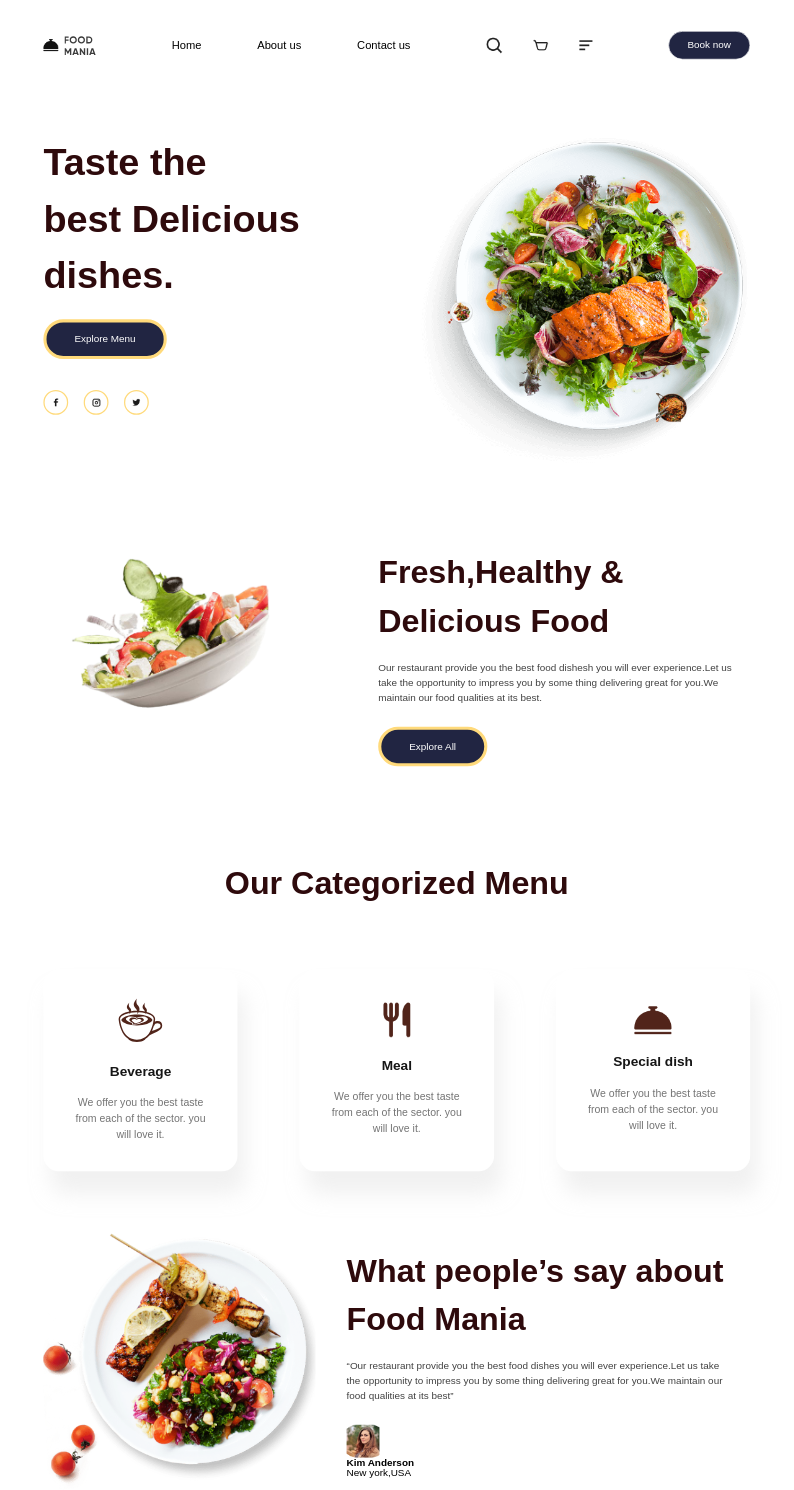
Repository: hoang0508/Figmafood
Page: index.html
These files come from the project's save history. The page is drawn as it stood at one moment and after the next save; the edit follows.
The browser window is 1280 px wide. The pictures show the whole page, at 62% of full size.
The style sheet was rebuilt from its Sass, Less or Tailwind sources for each picture, by a compiler version that may differ from the author's.

Above is the page before, as saved 2021-11-08 14:11:58.

After the next save:
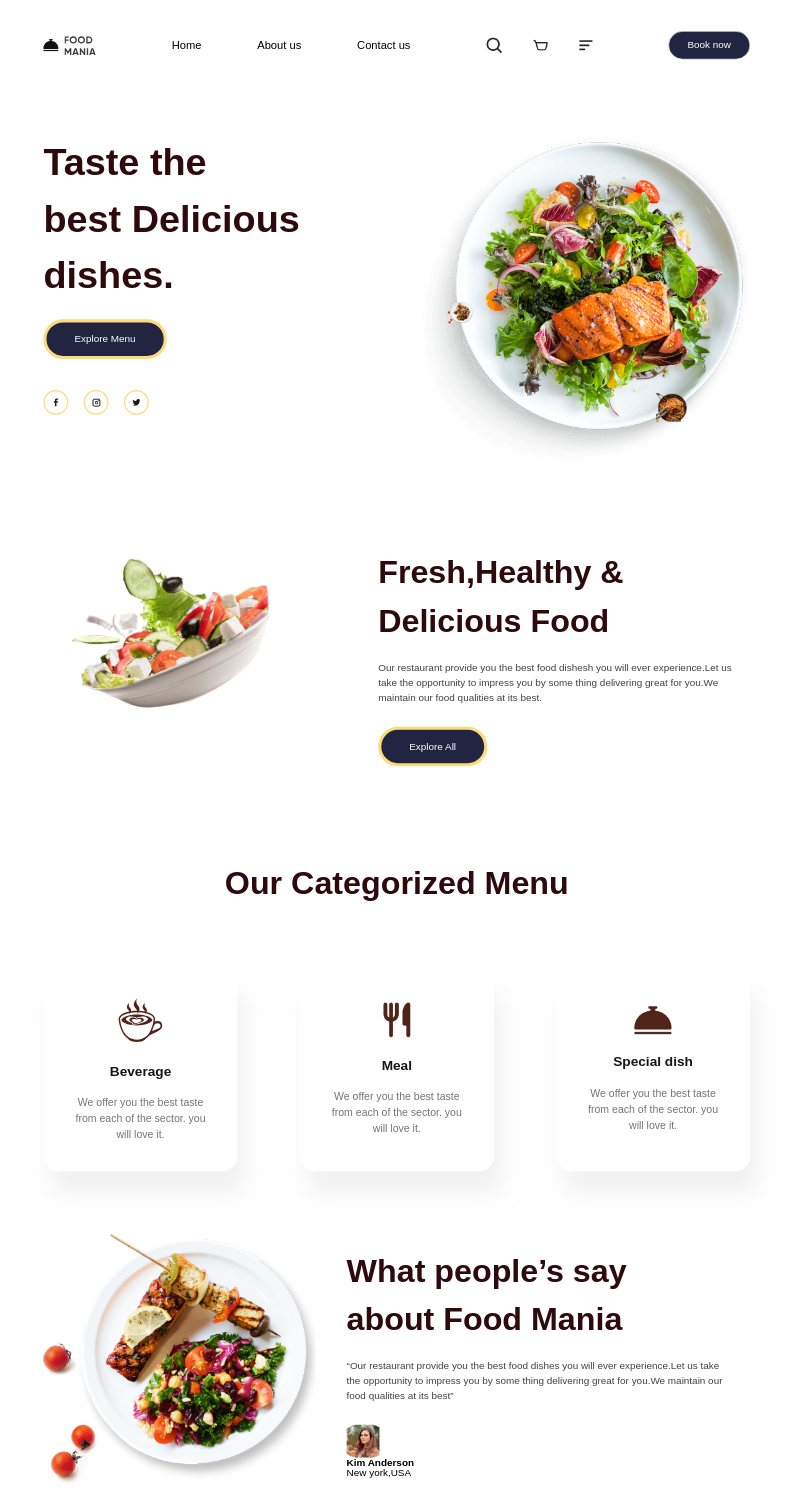
Saved 26 s later.
--- a/sass/_category.scss
+++ b/sass/_category.scss
@@ -6,4 +6,8 @@
     max-width: 625px;
     width: 100%;
   }
+  &-title {
+    max-width: 500px;
+    width: 100%;
+  }
 }
